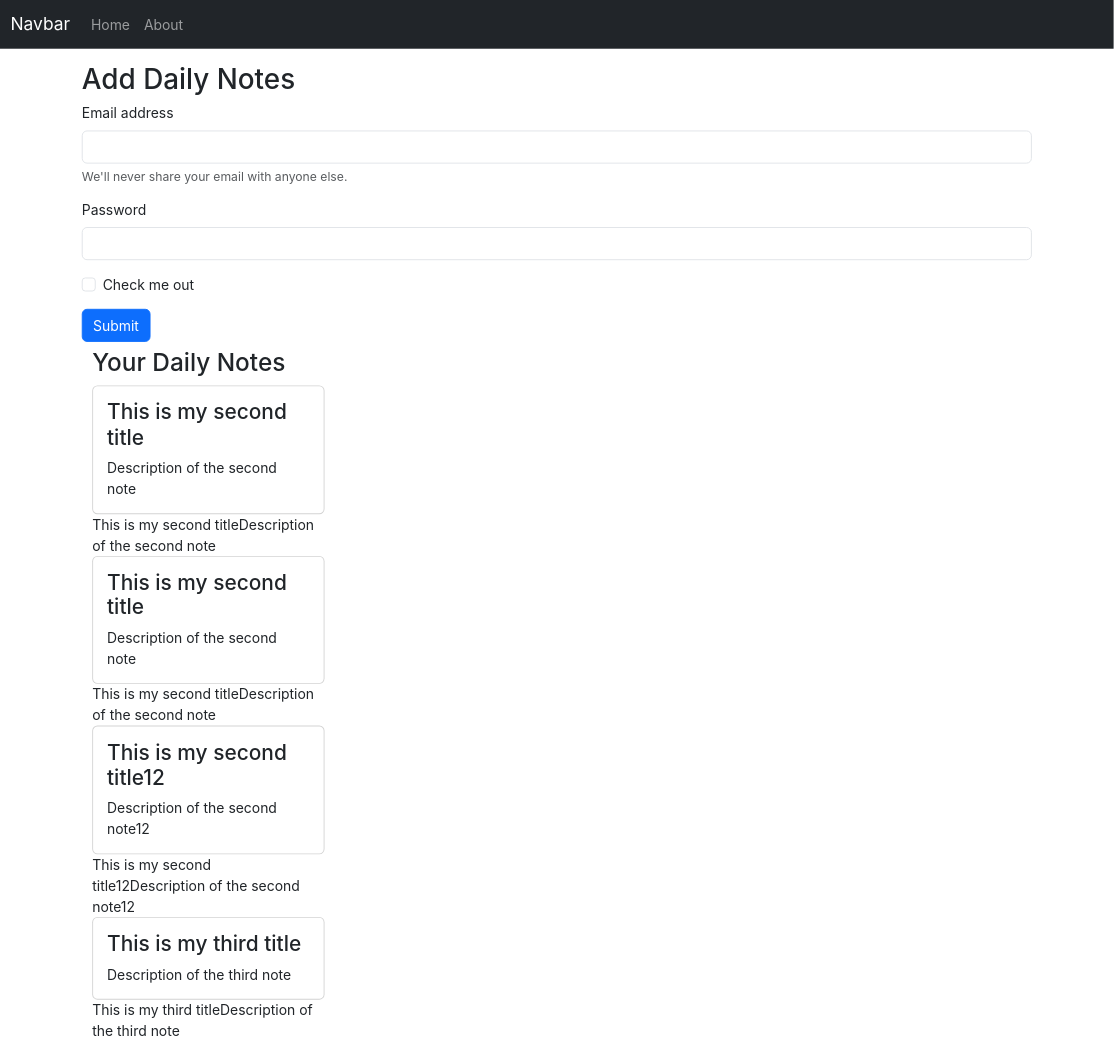
Repository: alphacode77/DailyNotes-react
Page: /
These files come from the project's save history. The page is drawn as it stood at one moment and after the next save; the edit follows.
The browser window is 1280 px wide. The pictures show the whole page, at 87% of full size.
The project was rebuilt for these pictures with package versions that can differ from the ones it lists, and the page was loaded fresh each time. Also part of the build but not shown: src/App.css, src/components/About.js.

Above is the page before, as saved 2023-02-25 00:35:32.

### src/App.js
import './App.css';
import Navbar from './components/Navbar';
import Home from './components/Home';
import About from './components/About';
import NoteState from './Context/Notes/NoteState';
import {
  BrowserRouter as Router,
  Route,
  Routes
} from "react-router-dom";

function App() {
  return (
    <>
    <NoteState>
    <Router>
      <Navbar/>
    <div className='container'>
    <Routes>
      <Route exact path="/" element={<Home/>} />
      <Route exact path="/home" element={<Home/>} />
      <Route exact path="/about" element={<About/>} />
      {/* <Route exactPath="/navbar" element={<Navbar/>} /> */}
    </Routes>
    </div>
  </Router>
  </NoteState>
    </>

  );
}

export default App;

### src/components/Navbar.js
import React, { useEffect }  from 'react'
import { Link , useLocation} from 'react-router-dom'

const Navbar = ()=>{
  let location = useLocation();
  useEffect(()=>{
console.log(location.pathname)
  },[location])
  return (
     <>
     <nav className="navbar navbar-expand-lg navbar-dark  bg-dark">
  <div className="container-fluid">
    <Link className="navbar-brand" to="/">Navbar</Link>
    <button className="navbar-toggler" type="button" data-bs-toggle="collapse" data-bs-target="#navbarSupportedContent" aria-controls="navbarSupportedContent" aria-expanded="false" aria-label="Toggle navigation">
      <span className="navbar-toggler-icon"></span>
    </button>
    <div className="collapse navbar-collapse" id="navbarSupportedContent">
      <ul className="navbar-nav me-auto mb-2 mb-lg-0">
        <li className="nav-item">
          <Link className={`nav-link  ${location.pathname==="/home"?"active":""}`} aria-current="page" to="/home">Home</Link>
        </li>
        <li className="nav-item">
          <Link className={`nav-link ${location.pathname==="/about"?"active":""}`} to="/about">About</Link>
        </li>
      </ul>
    </div>
  </div>
</nav>
     </>
    )
}

export default Navbar

### src/components/Home.js
import React from "react"
import Notes from "./Notes"

const Home =()=>{

    return(
        <>
        <div className="container my-3">
            <h2> Add Daily Notes</h2>
        <form className="my-2">
  <div class="mb-3">
    <label for="exampleInputEmail1" class="form-label">Email address</label>
    <input type="email" class="form-control" id="exampleInputEmail1" aria-describedby="emailHelp"/>
    <div id="emailHelp" class="form-text">We'll never share your email with anyone else.</div>
  </div>
  <div class="mb-3">
    <label for="exampleInputPassword1" class="form-label">Password</label>
    <input type="password" class="form-control" id="exampleInputPassword1"/>
  </div>
  <div class="mb-3 form-check">
    <input type="checkbox" class="form-check-input" id="exampleCheck1"/>
    <label class="form-check-label" for="exampleCheck1">Check me out</label>
  </div>
  <button type="submit" class="btn btn-primary">Submit</button>
</form>
<Notes/>
</div>

        </>
    )
}

export default Home

### src/Context/Notes/NoteState.js
import React,{useState} from "react";
import NoteContext from "./NoteContext"


const NoteState = (props)=>{
   const initalNotes= [
    {
      "_id": "63f3b6c7c686985aada677be",
      "user": "63f20b9a00ad623ad3d4dae2",
      "title": "This is my second title",
      "description": "Description of the second note",
      "tag": "demo check",
      "date": "2023-02-20T18:07:03.296Z",
      "__v": 0
    },
    {
      "_id": "63f3b892a3086ff244bcc267",
      "user": "63f20b9a00ad623ad3d4dae2",
      "title": "This is my second title",
      "description": "Description of the second note",
      "tag": "demo check",
      "date": "2023-02-20T18:14:42.184Z",
      "__v": 0
    },
    {
      "_id": "63f3b89ca3086ff244bcc26b",
      "user": "63f20b9a00ad623ad3d4dae2",
      "title": "This is my second title12",
      "description": "Description of the second note12",
      "tag": "demo check",
      "date": "2023-02-20T18:14:52.449Z",
      "__v": 0
    },
    {
      "_id": "63f49f58882156f0ed94969e",
      "user": "63f20b9a00ad623ad3d4dae2",
      "title": "This is my third title",
      "description": "Description of the third note",
      "tag": "personal",
      "date": "2023-02-21T10:39:20.800Z",
      "__v": 0
    }
  ]
  const [notes,setNotes]=useState(initalNotes)
    return (
        <NoteContext.Provider value={{notes,setNotes}}>
            {props.children}
        </NoteContext.Provider>

    )
}

export default NoteState;

### src/components/Notes.js
import React,{useContext} from 'react'
import NoteContext from '../Context/Notes/NoteContext'
import Noteitem from "./Noteitem"

function Notes() {
    const context=useContext(NoteContext)
    const{notes,setNotes} = context
  return (
<div className="container my-2">
    <h3>Your Daily Notes</h3>
    {notes.map((notes)=>{
        return <Noteitem note={notes}/>
    })}
</div>
  )
}

export default Notes

### src/Context/Notes/NoteContext.js
import {createContext} from 'react'

const NoteContext = createContext();

export default NoteContext;

### src/components/Noteitem.js
import React from 'react'

const Noteitem=(props)=> {
    const {note}=props
  return (
    <div className='col-md-3'>
        <div className='card'>
            <div className='card-body'>
                <h4 className='card-title'>{note.title}</h4>
                    <p className='card-text'>{note.description}</p>

            </div>
        </div>
      {note.title}
      {note.description}
    </div>
  )
}

export default Noteitem

Loaded but not shown: public/index.html (common file); src/index.js (common file); src/index.css (common file)

After the next save:
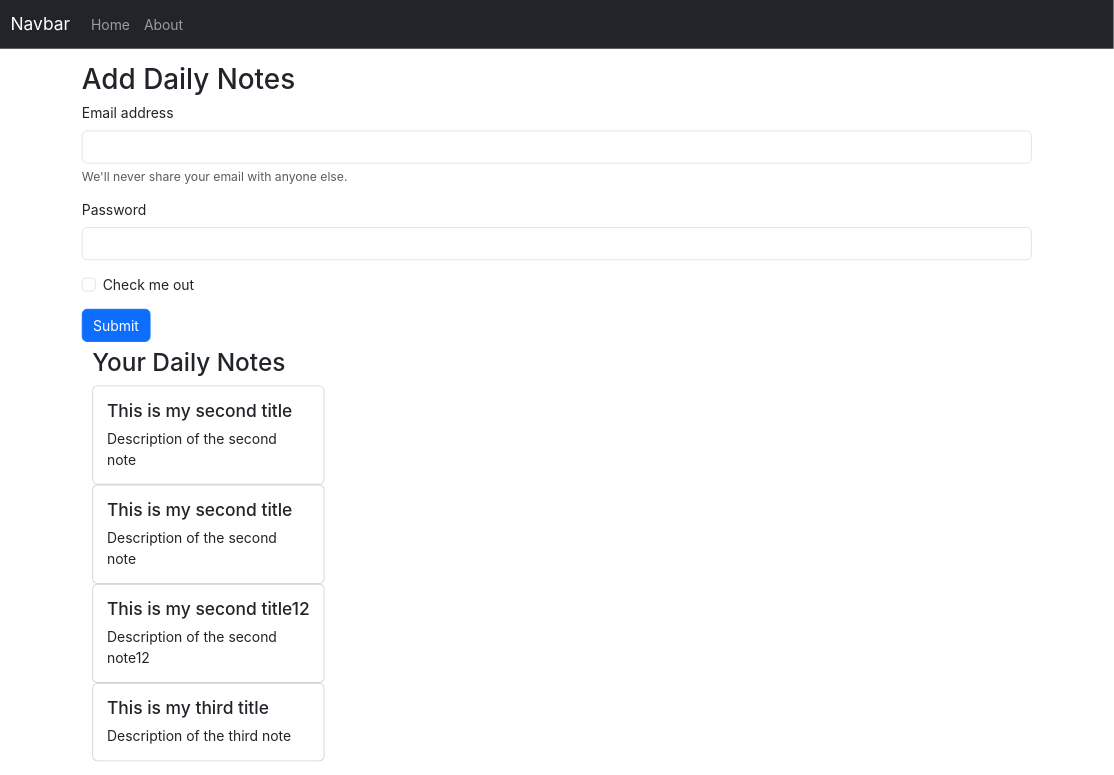
Saved 26 s later.
--- a/src/components/Noteitem.js
+++ b/src/components/Noteitem.js
@@ -6,13 +6,10 @@ const Noteitem=(props)=> {
     <div className='col-md-3'>
         <div className='card'>
             <div className='card-body'>
-                <h4 className='card-title'>{note.title}</h4>
+                <h5 className='card-title'>{note.title}</h5>
                     <p className='card-text'>{note.description}</p>
-
             </div>
         </div>
-      {note.title}
-      {note.description}
     </div>
   )
 }
